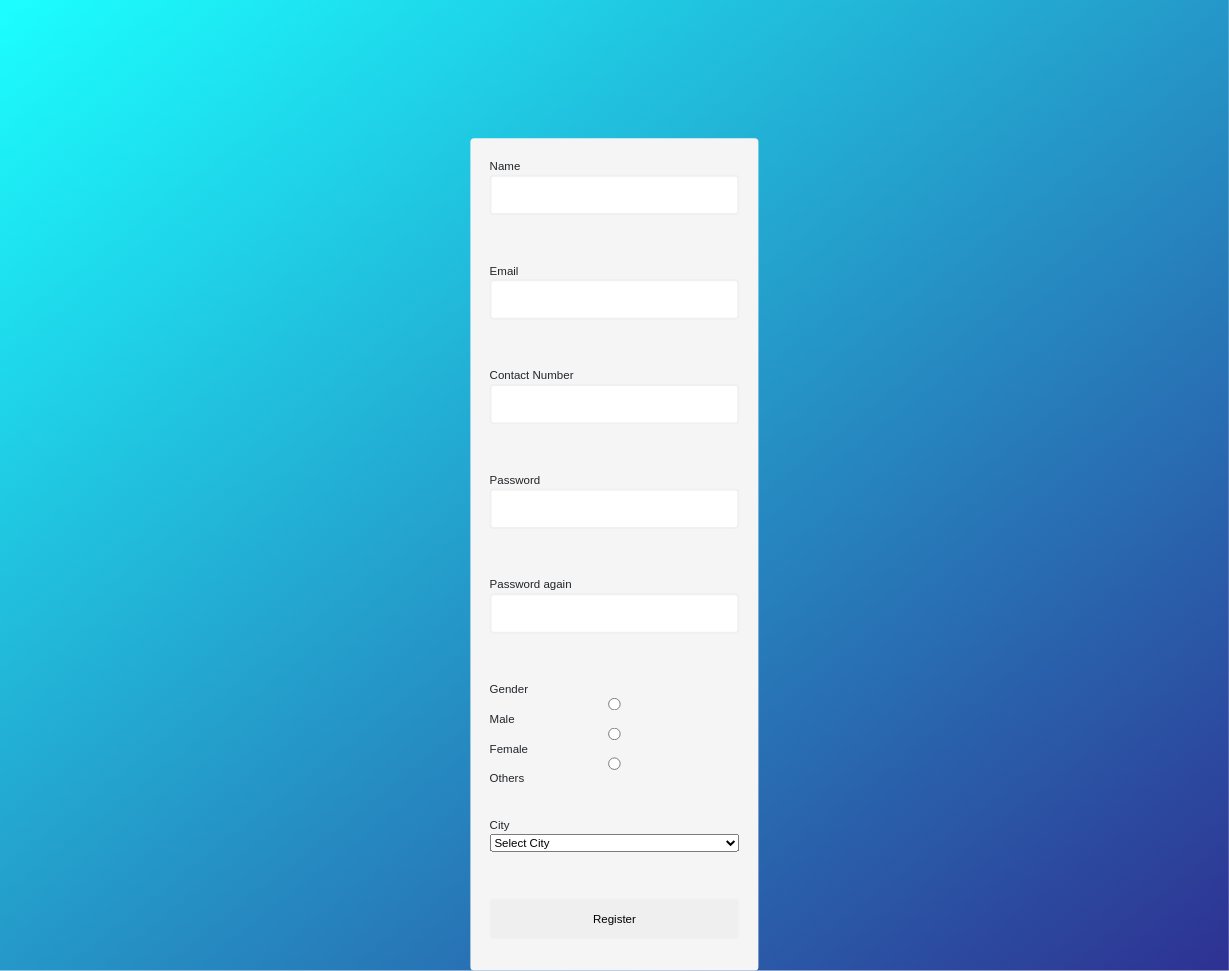
Repository: MD-1107/ISS_Assignment
Page: http://localhost/DemoRegisterLogin/Register
An editor plug-in stored every save of this project. The page is shown before and after the next save, followed by the edit.
The browser window is 1280 px wide. The pictures show the whole page, at 96% of full size.
The page is served by Tomcat 9. Other server files are loaded and not shown.

Above is the page before, as saved 2024-01-03 12:32:01.

### INTEGRATING CLIENT SIDE PROGRAMMING/DemoRegisterLogin/src/main/webapp/register.jsp
<%@ page language="java" contentType="text/html; charset=UTF-8"
    pageEncoding="UTF-8"%>
<!DOCTYPE html>
<html>
<head>
<meta charset="UTF-8">
<title>Insert title here</title>
 <link href="https://cdn.jsdelivr.net/npm/bootstrap@5.3.2/dist/css/bootstrap.min.css" rel="stylesheet" integrity="sha384-T3c6CoIi6uLrA9TneNEoa7RxnatzjcDSCmG1MXxSR1GAsXEV/Dwwykc2MPK8M2HN" crossorigin="anonymous">
 <script src="https://cdn.jsdelivr.net/npm/bootstrap@5.3.2/dist/js/bootstrap.bundle.min.js" integrity="sha384-C6RzsynM9kWDrMNeT87bh95OGNyZPhcTNXj1NW7RuBCsyN/o0jlpcV8Qyq46cDfL" crossorigin="anonymous"></script>
 <%--- <script src="script.js"></script>--%>
 <link rel="stylesheet" href="style.css">
</head>
<body>
<div class="container">
<form id="form" name="registerForm" action="Register" method="post">

<div class="input-control">
<label for="name">Name</label>
<input type="text" id="name" name="name"/>
<br/> <br/>
<div class="error"></div>
</div>

<div class="input-control">
<label for="email">Email</label>
<input type="email" id="email" name="email"/>
<br/> <br/>
<div class="error"></div>
</div>


<div class="input-control">
<label for="contact">Contact Number</label>
<input type="text" id="contact" name="contact"/>
<br/> <br/>
<div class="error"></div>
</div>


<div class="input-control">
<label for="password">Password</label>
<input type="password" id="password" name="password"/>
<br/> <br/>
<div class="error"></div>
</div>

<div class="input-control">
<label for="password2">Password again</label>
<input type="password" id="password2" name="password2"/>
<br/> <br/>
<div class="error"></div>
</div>

<div class="input-control">
<label for="gender">Gender</label>
<input type="radio" id="gender" name="gender"/> Male<input type="radio" name="gender">Female<input type="radio" name="gender">Others
<br/> <br/>
<div class="error"></div>
</div>

<div class="input-control">
<label for="city">City</label>
<select name="city" id="city">
          <option> Select City </option>
          <option> Delhi </option>
          <option> Mumbai </option>
          <option> Pune </option>
          <option> Bengalore </option>
</select>
<br/> <br/>
<div class="error"></div>
</div>

<div class="input-control">
    <input type="submit" value="Register" />
<div class="error"></div>
</div>
</form>
</div>
</body>
</html>

### INTEGRATING CLIENT SIDE PROGRAMMING/DemoRegisterLogin/src/main/java/in/sp/backend/Register.java
package in.sp.backend;

import java.io.IOException;
import java.io.PrintWriter;
import java.sql.Connection;
import java.sql.DriverManager;
import java.sql.PreparedStatement;

import javax.servlet.RequestDispatcher;
import javax.servlet.ServletException;
import javax.servlet.annotation.WebServlet;
import javax.servlet.http.HttpServlet;
import javax.servlet.http.HttpServletRequest;
import javax.servlet.http.HttpServletResponse;

/**
 * Servlet implementation class Register
 */
@WebServlet("/Register")
public class Register extends HttpServlet {
	private static final long serialVersionUID = 1L;

    /**
     * @see HttpServlet#HttpServlet()
     */
    public Register() {
        super();
        // TODO Auto-generated constructor stub
    }

	/**
	 * @see HttpServlet#doGet(HttpServletRequest request, HttpServletResponse response)
	 */
	protected void doGet(HttpServletRequest request, HttpServletResponse response) throws ServletException, IOException {
		// TODO Auto-generated method stub
		RequestDispatcher dispatcher = request.getRequestDispatcher("/register.jsp");
        dispatcher.forward(request, response);
	}

	/**
	 * @see HttpServlet#doPost(HttpServletRequest request, HttpServletResponse response)
	 */
	protected void doPost(HttpServletRequest request, HttpServletResponse response) throws ServletException, IOException {
		// TODO Auto-generated method stub

		PrintWriter out= response.getWriter();

		String myName=request.getParameter("name");
		String myEmail=request.getParameter("email");
		String myContact=request.getParameter("contact");
		String myPassword=request.getParameter("password");
		String myGender=request.getParameter("gender");
		String myCity=request.getParameter("city");

		try
		{
			Class.forName("com.mysql.cj.jdbc.Driver");

			String DB_URL = "jdbc:mysql://localhost:3306/iss_practice";
			String USER = "root";
			String PASS = "Maanu1107%";

			Connection connection=DriverManager.getConnection(DB_URL,USER,PASS);

			PreparedStatement ps=connection.prepareStatement("insert into register values(?,?,?,?,?,?);");

			ps.setString(1, myName);
			ps.setString(2, myEmail);
			ps.setString(3, myContact);
			ps.setString(4, myPassword);
			ps.setString(5, myGender);
			ps.setString(6, myCity);


			int count=ps.executeUpdate();

			if(count>0)
			{
				response.setContentType("text/html");
				out.print("<h3 style='color:green'> User registerd successfully</h3>");
				RequestDispatcher rd= request.getRequestDispatcher("/login.jsp");
				rd.include(request, response);
			}
			else
			{
				response.setContentType("text/html");
				out.print("<h3 style='color:red'> User not registerd successfully</h3>");
				RequestDispatcher rd= request.getRequestDispatcher("/register.jsp");
				rd.include(request, response);
			}


		}
		catch (Exception e)
		{
			System.out.println(e);
		}

	}

}

### INTEGRATING CLIENT SIDE PROGRAMMING/DemoRegisterLogin/src/main/webapp/style.css
@charset "UTF-8";
body {
    background: linear-gradient(to left top, #2E3192,#1BFFFF);
    font-family: 'Poppins', sans-serif;
}

#form {
    width: 300px;
    margin: 20vh auto 0 auto;
    padding: 20px;
    background-color: whitesmoke;
    border-radius: 4px;
    font-size: 12px;
}

#form h1 {
    color: #0f2027;
    text-align: center;
}

#form button {
    padding: 10px;
    margin-top: 10px;
    width: 100%;
    color: white;
    background-color: rgb(41, 57, 194);
    border: none;
    border-radius: 4px;
}

.input-control {
    display: flex;
    flex-direction: column;
}

.input-control input {
    border: 2px solid #f0f0f0;
	border-radius: 4px;
	display: block;
	font-size: 12px;
	padding: 10px;
	width: 100%;
}

.input-control input:focus {
    outline: 0;
}

.input-control.success input {
    border-color: #09c372;
}

.input-control.error input {
    border-color: #ff3860;
}

.input-control .error {
    color: #ff3860;
    font-size: 9px;
    height: 13px;
}

After the next save:
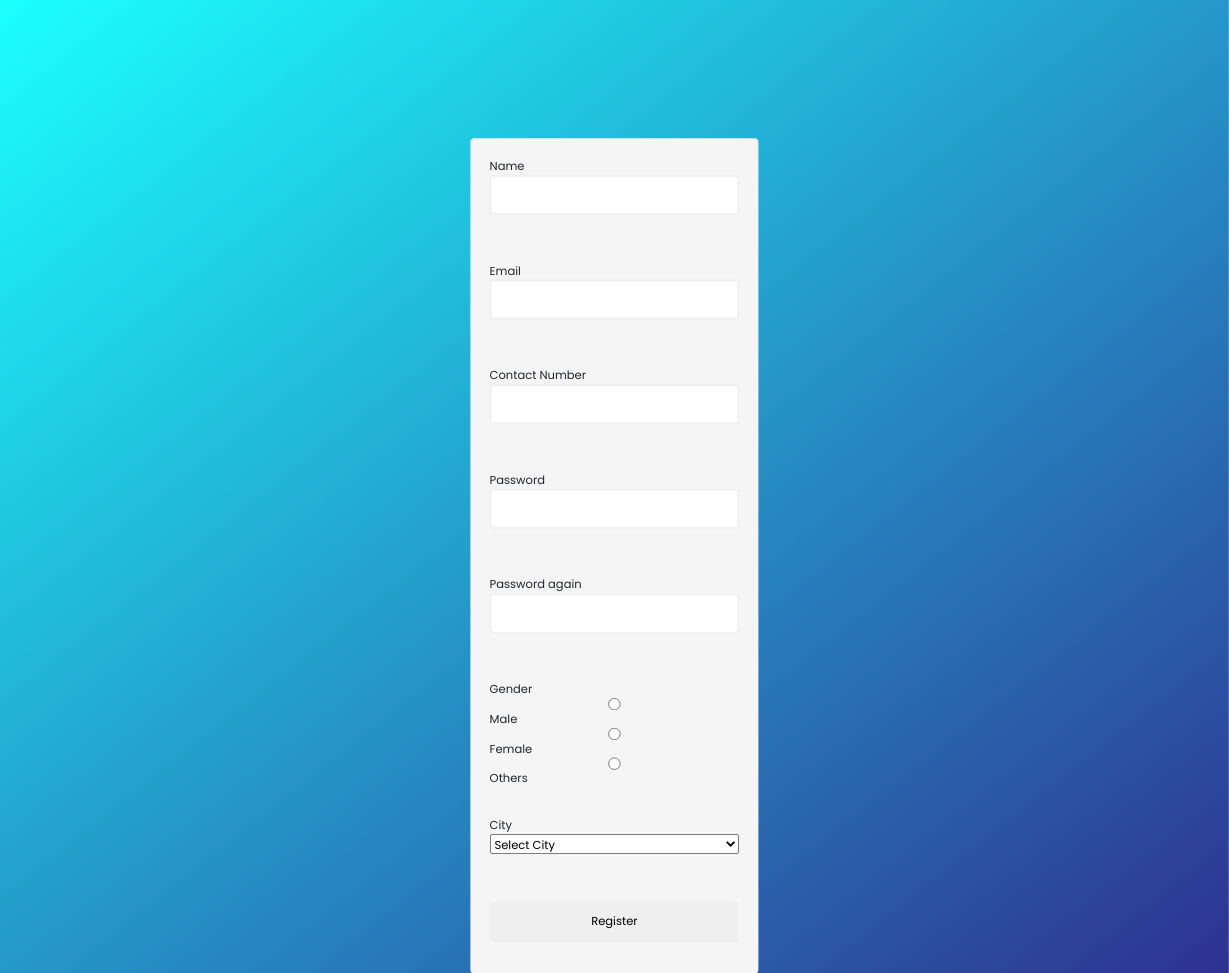
Saved 3 min 42 s later.
--- a/INTEGRATING CLIENT SIDE PROGRAMMING/DemoRegisterLogin/src/main/webapp/register.jsp
+++ b/INTEGRATING CLIENT SIDE PROGRAMMING/DemoRegisterLogin/src/main/webapp/register.jsp
@@ -5,6 +5,9 @@
 <head>
 <meta charset="UTF-8">
 <title>Insert title here</title>
+ <link rel="preconnect" href="https://fonts.googleapis.com">
+    <link rel="preconnect" href="https://fonts.gstatic.com" crossorigin>
+    <link href="https://fonts.googleapis.com/css2?family=Poppins:wght@400;700&display=swap" rel="stylesheet">
  <link href="https://cdn.jsdelivr.net/npm/bootstrap@5.3.2/dist/css/bootstrap.min.css" rel="stylesheet" integrity="sha384-T3c6CoIi6uLrA9TneNEoa7RxnatzjcDSCmG1MXxSR1GAsXEV/Dwwykc2MPK8M2HN" crossorigin="anonymous">
  <script src="https://cdn.jsdelivr.net/npm/bootstrap@5.3.2/dist/js/bootstrap.bundle.min.js" integrity="sha384-C6RzsynM9kWDrMNeT87bh95OGNyZPhcTNXj1NW7RuBCsyN/o0jlpcV8Qyq46cDfL" crossorigin="anonymous"></script>
  <%--- <script src="script.js"></script>--%>
